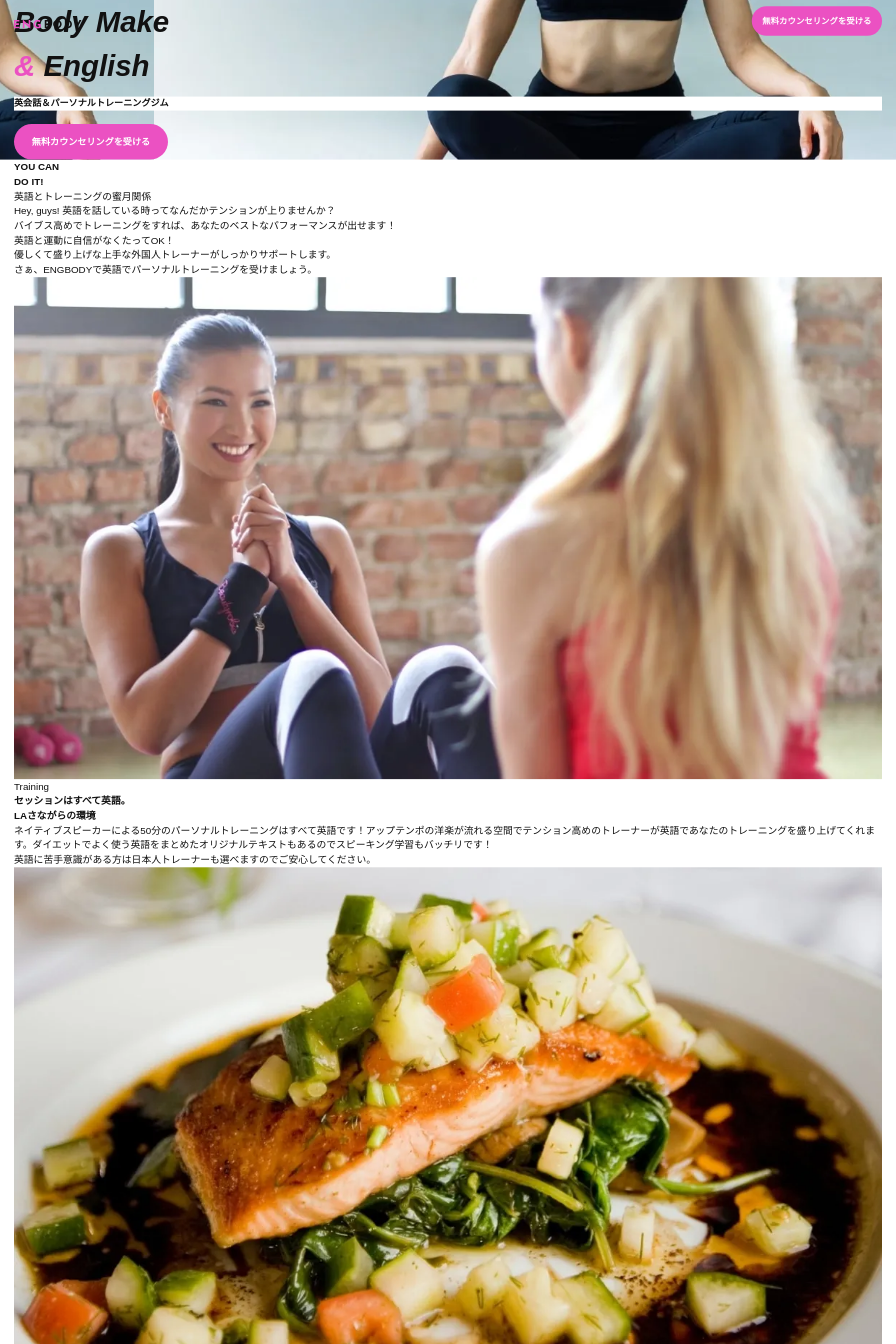
Repository: tetishi/engbody
Page: index.html
An editor plug-in stored every save of this project. The page is shown before and after a run of saves, followed by the edit.
The browser window is 1280 px wide. The pictures show the part of the page from y = 0 to 1920 px (the page is 12173 px tall before and 12355 px after), at 70% of full size.
The style sheet was rebuilt from its Sass, Less or Tailwind sources for each picture, by a compiler version that may differ from the author's.

Above is the page before, as saved 2023-07-26 00:00:13.

After the next 2 saves:
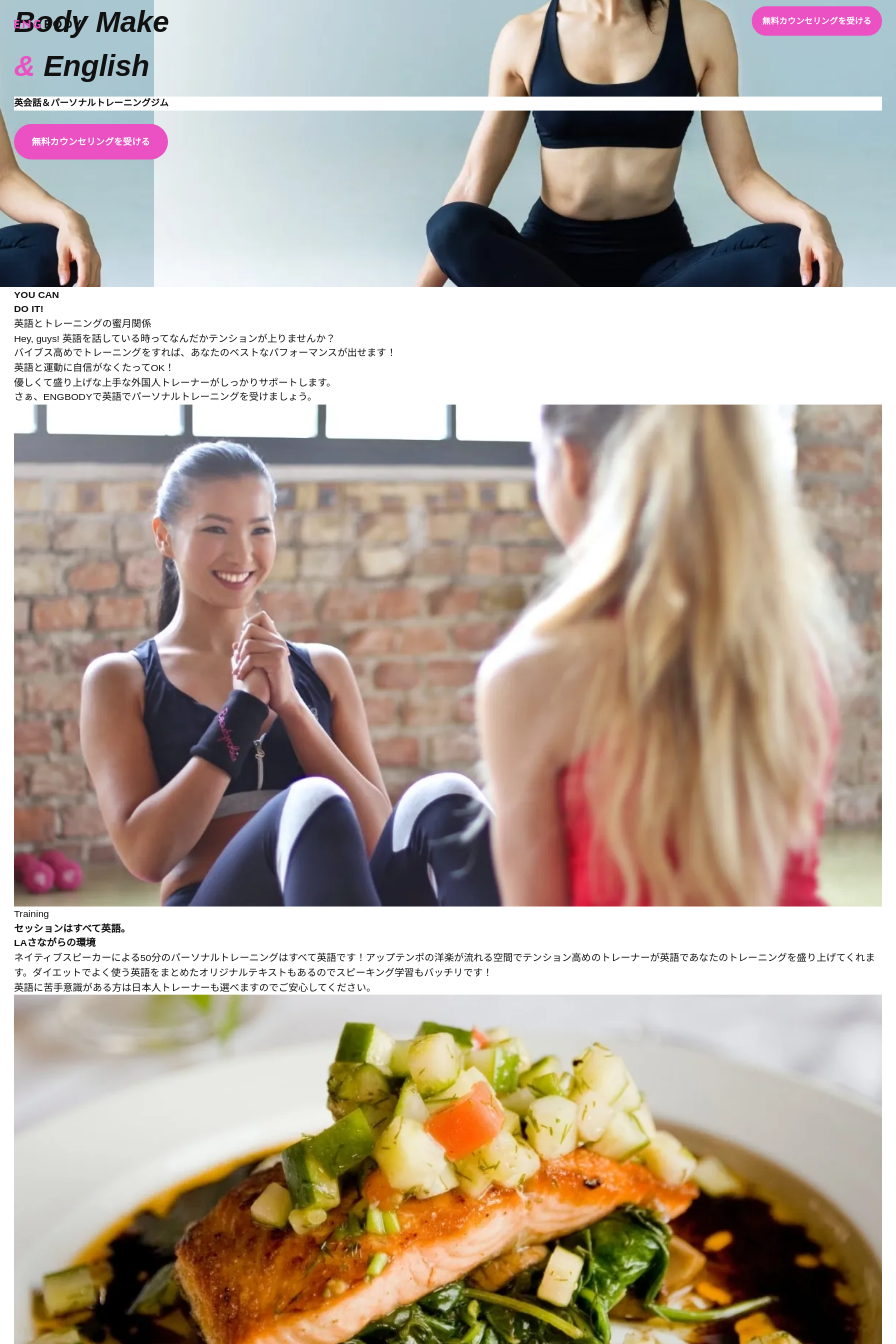
The 2 saves are shown as one change because 1 did not build or start.
The last was saved 86 s later.
--- a/css/style.scss
+++ b/css/style.scss
@@ -71,7 +71,7 @@ a {
     background-image: url(../img/bg_mv.webp);
     background-position: right bottom;
     // background-size: ;
-    // height: ;
+    height: 410px;
 }
 .page-title {
     font-size: 4.2rem;
